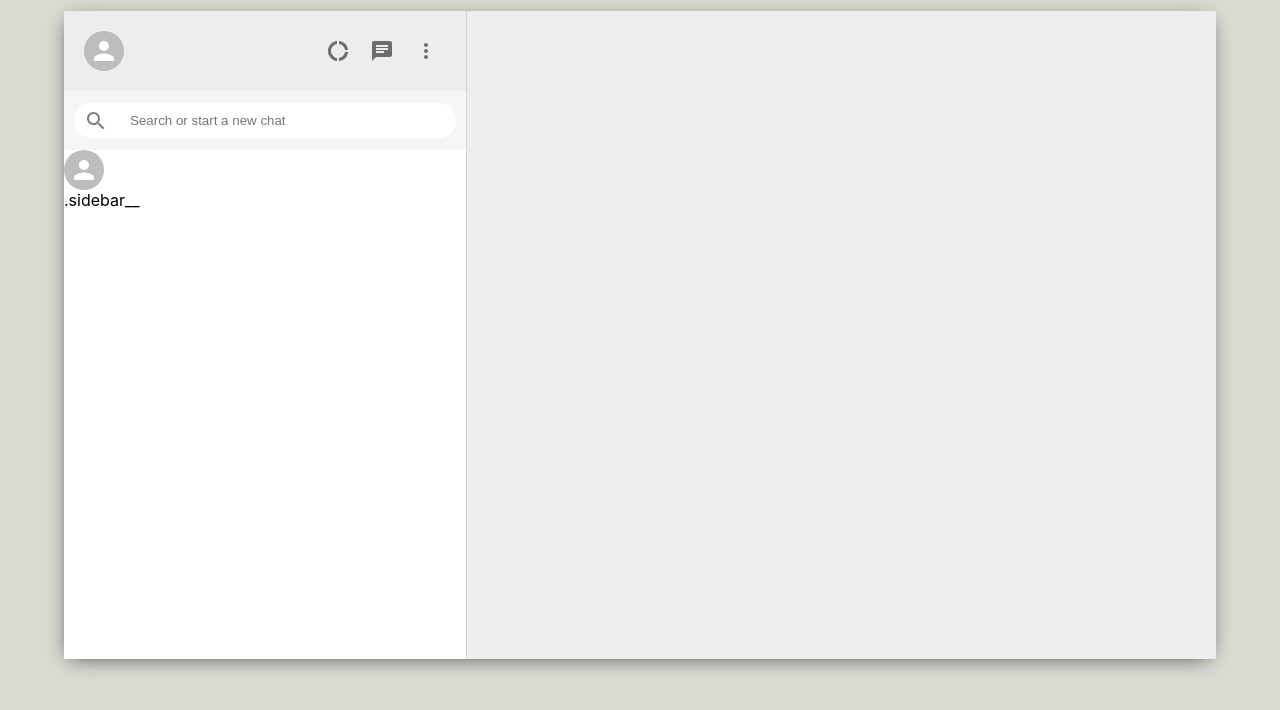
Repository: Aaronlb912/Whatsapp-clone
Page: /
An editor plug-in stored every save of this project. The page is shown before and after a run of saves, followed by the edit.
The browser window is 1280 px wide. The pictures show the whole page.
The project was rebuilt for these pictures with package versions that can differ from the ones it lists, and the page was loaded fresh each time. Also part of the build but not shown: src/SidebarChat.css.

Above is the page before, as saved 2022-03-15 14:09:32.

### src/App.jsx
import "./App.css";
import Sidebar from "./Sidebar";

function App() {
  return (
    <div className="app">
      <div className="app__body">
        {/* Sidebar*/}
        <Sidebar />
        {/* Chat */}
      </div>
    </div>
  );
}

export default App;

### src/App.css
.app {
  display: grid;
  place-items: center;
  background-color: #dadbd3;
  height: 100vh;
}

.app__body {
  display: flex;
  background-color: #ededed;
  margin-top: -50px;
  height: 90vh;
  width: 90vw;
  box-shadow: -1px 4px 20px -6px rgba(0, 0, 0, 0.7);
}

### src/Sidebar.jsx
import React from "react";
import "./sidebar.css";
import { Avatar, IconButton } from "@mui/material";

import {
  Chat,
  DonutLarge,
  MoreVert,
  SearchOutlined,
} from "@mui/icons-material";
import SidebarChat from "./SidebarChat";

function Sidebar() {
  return (
    <div className="sidebar">
      <div className="sidebar__header">
        <Avatar />
        <div className="sidebar__headerRight">
          <IconButton>
            <DonutLarge />
          </IconButton>
          <IconButton>
            <Chat />
          </IconButton>
          <IconButton>
            <MoreVert />
          </IconButton>
        </div>
      </div>
      <div className="sidebar__search">
        <div className="sidebar__searchContainer">
          <SearchOutlined />
          <input placeholder="Search or start a new chat" type="text" />
        </div>
      </div>
      <div className="sidebar__chats">
        <SidebarChat />
      </div>
    </div>
  );
}

export default Sidebar;

### src/sidebar.css
.sidebar {
  display: flex;
  flex-direction: column;
  flex: 0.35;
}

.sidebar__search {
  display: flex;
  align-items: center;
  background-color: #f6f6f6;
  height: 39px;
  padding: 10px;
  border-right: 1px solid lightgray;
}

.sidebar__searchContainer {
  display: flex;
  align-items: center;
  background-color: white;
  width: 100%;
  height: 35px;
  border-radius: 20px;
}
.sidebar__searchContainer > input {
  border: none;
  margin-left: 10px;
}
.sidebar__searchContainer > .MuiSvgIcon-root {
  color: gray;
  padding: 10px;
}
.sidebar__header {
  display: flex;
  justify-content: space-between;
  padding: 20px;
  border-right: 1px solid lightgray;
}
.sidebar__headerRight {
  display: flex;
  align-items: center;
  justify-content: space-between;
  min-width: 10vw;
}

.sidebar__headerRight > .MuiSvgIcon-root {
  margin-right: 2vw;
  font-size: 24px !important;
}

.sidebar__chats {
  background-color: white;
  flex: 1;
  border-right: 1px solid lightgray;
  overflow-x: hidden;
  overflow-y: scroll;
}

.sidebar__chats::-webkit-scrollbar {
  display: none;
}

.sidebar__chats {
  -ms-overflow-style: none; /* IE and Edge */
  scrollbar-width: none; /* Firefox */
}

### src/SidebarChat.jsx
import { Avatar } from "@mui/material";
import React from "react";
import "./SidebarChat.css";

function SidebarChat() {
  return (
    <div className="sidebarChat">
      <Avatar />
      .sidebar__
    </div>
  );
}

export default SidebarChat;

Loaded but not shown: public/index.html (common file); src/index.js (common file); src/index.css (common file); src/reportWebVitals.js (common file)

After the next 14 saves:
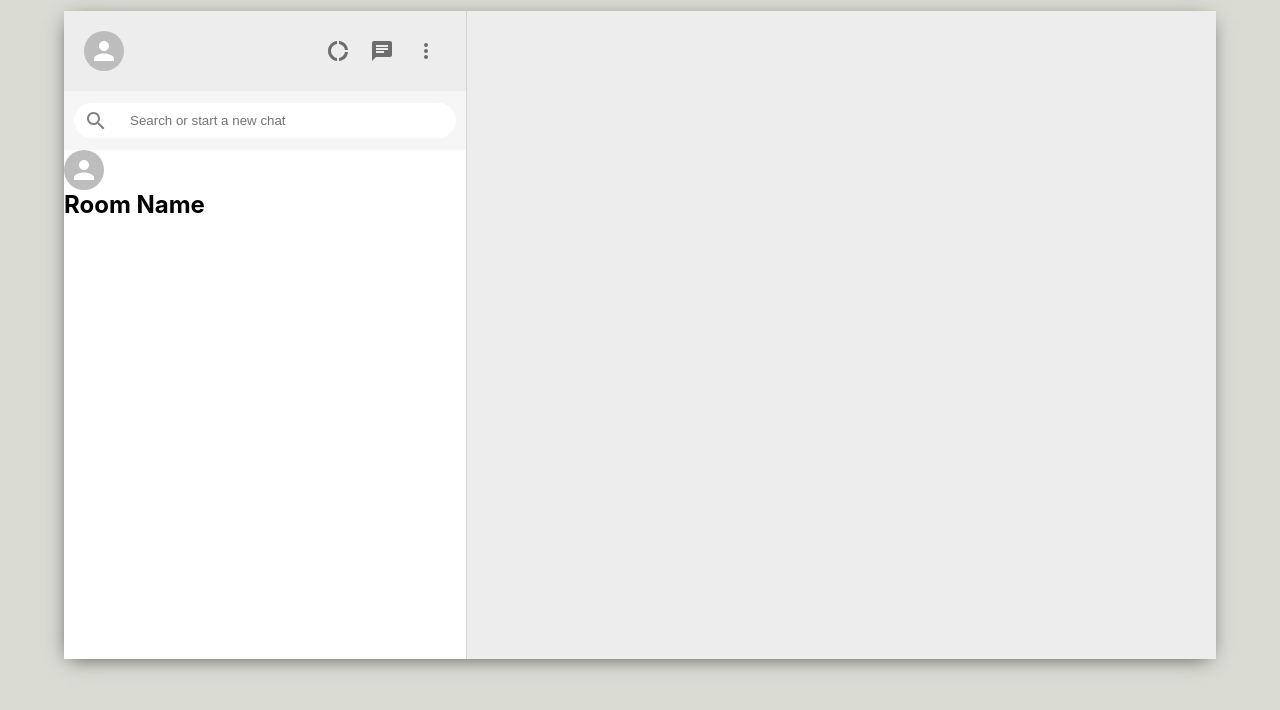
The 14 saves are shown as one change because they came seconds apart.
The last was saved 25 s later.
--- a/src/SidebarChat.jsx
+++ b/src/SidebarChat.jsx
@@ -6,7 +6,11 @@ function SidebarChat() {
   return (
     <div className="sidebarChat">
       <Avatar />
-      .sidebar__
+      <div className="sidebarChat__info">
+          <h2>
+              Room Name
+          </h2>
+      </div>
     </div>
   );
 }
